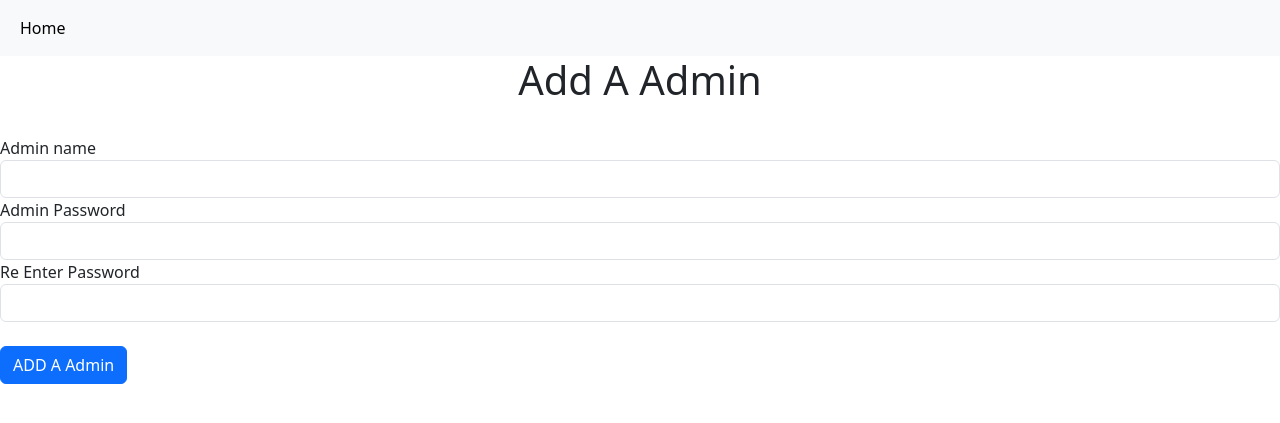
Repository: SachinUthpala/Railway-Reservation
Page: http://localhost/Railway/Admin/updateAdmin/UpdateAdmin.jsp
An editor plug-in stored every save of this project. The page is shown before and after the next save, followed by the edit.
The browser window is 1280 px wide. The pictures show the whole page.
The page is served by Tomcat 9.

Above is the page before, as saved 2023-05-19 17:38:38.

After the next save:
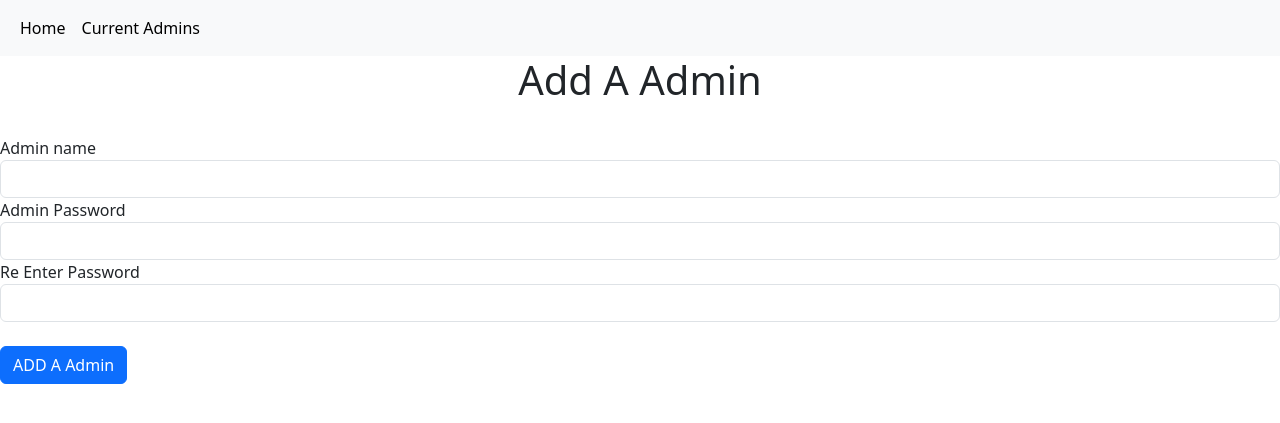
Saved 36 s later.
--- a/Railway/src/main/webapp/Admin/updateAdmin/UpdateAdmin.jsp
+++ b/Railway/src/main/webapp/Admin/updateAdmin/UpdateAdmin.jsp
@@ -15,6 +15,10 @@
 			      <ul class="navbar-nav me-auto mb-2 mb-lg-0">
 			        <li class="nav-item">
 			          <a class="nav-link active" aria-current="page" href="Reserve/reserve.jsp">Home</a>
+			        </li>
+
+			        <li class="nav-item">
+			          <a class="nav-link active" aria-current="page" href="Reserve/reserve.jsp">Current Admins</a>
 			        </li>
 			      </ul>
 			    </div>
